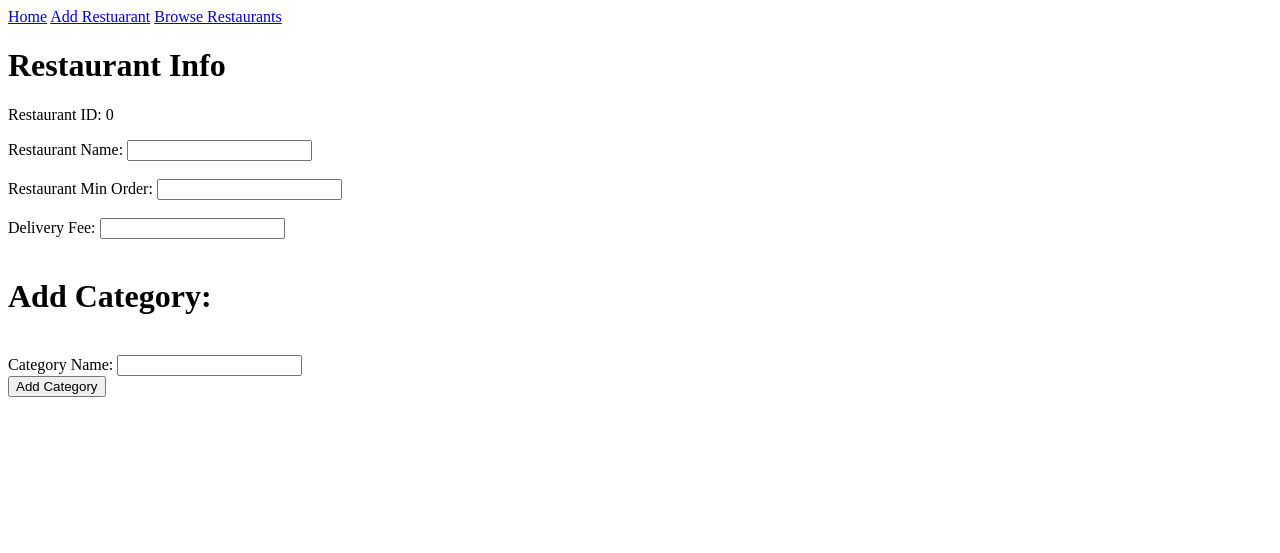
Repository: hudaali14/Carleton
Page: http://localhost/restaurants/0
The author's editor kept a copy of each file at every save. The page is drawn from the files as they stood at one save, then again after the next save.
The browser window is 1280 px wide. The pictures show the whole page.
The page is served by the project's Node server (server.js).

Above is the page before, as saved 2020-03-12 17:35:42.

### 2406/Assignments/Assignment3 (100)/views/pages/restaurantpage.pug
html
    head
        title  You Want Food?
body
    include ../partials/header

    h1 Restaurant Info
    p Restaurant ID: #{restaurant.id}
    | Restaurant Name:
    input(type= "text", id="restaurantnamepage")
    br
    br
    | Restaurant Min Order:
    input(type= "text", id="restaurantname")
    br
    br
    | Delivery Fee:
    input(type= "text", id="restaurantname")
    br
    br

    h1 Add Category:
    br

    | Category Name:
    input(type= "text", id="restaurantname")
    br
    button(type="button", id="submitbutton") Add Category

### 2406/Assignments/Assignment3 (100)/views/partials/header.pug
div#header
	a(href="/") Home
	|
	a(href="/addrestaurant") Add Restuarant
	|
	a(href="/restaurants") Browse Restaurants
	|

### 2406/Assignments/Assignment3 (100)/server.js
const express = require('express');
const fs = require("fs");
let app = express();


app.set("view engine", "pug");
app.use(express.json())

// app.use(bodyParser.json());
// app.use(bodyParser.urlencoded({ extended: true }));

let restaurants = [];
let restaurantNames = {names: []};
let restaurantIDs = {restaurants: []};
let id = 0;

//Reads all files in restaurant directory
fs.readdir("./restaurants/", function(err, filenames) {
    if (err) {
        response.statusCode = 500;
        response.end("Error reading file.");
        return;
    }
    filenames.forEach(function(filename) {
        fs.readFile("./restaurants/" + filename, 'utf-8', function(err, content) {
            if (err) {
                response.statusCode = 500;
                response.end("Error reading file.");
                return;
			}
            //Saves files to restaurant array
            let res = JSON.parse(content);
			restaurants[res.id] = res;
			//Saves names in restuarantNames array
            restaurantNames.names.push({name: restaurants[res.id].name, id: restaurants[res.id].id});
            restaurantIDs.restaurants.push(restaurants[res.id].id);
            id++;
		});
    });
});

app.get("/", setPage);
app.get("/restaurants", getRestaurants);
app.get("/addrestaurant", addRestaurant);
app.get("/client.js", getClient);
app.get("/restaurants/:restID", getRestaurantId);
app.post("/restaurants", createRestaurant);


function setPage(req, res, next){
    res.format({
        "text/html": function(){
            res.status(200).render("pages/home");
        }
    });
}

function getRestaurants(req, res, next){
    res.format({
        "text/html": function(){
            res.status(200).render("pages/restaurants", {restaurantNames: restaurantNames.names});
        },
        "application/json": function(){
            res.status(200).json(restaurantIDs);
        }
    });
}

function addRestaurant(req, res, next){
    res.format({
        "text/html": function(){
            res.status(200).render("pages/addrestaurant");
        }
    });
}

function getClient(req, res, next){
    fs.readFile("client.js", function(err, data){
        if(err){
            res.statusCode = 500;
            res.end("Error reading file.");
            return;
        }
        res.status(200).send(data);
        return;
    });
}

function createRestaurant(req, res, next){
    res.format({
        "application/json": function(){
            let restaurant = {};
            restaurant.id = id;
            id++;
            restaurant.name = req.body.name;
            restaurant.delivery_fee = parseInt(req.body.delivery_fee);
            restaurant.min_order= parseInt(req.body.min_order);
            restaurant.menu = {};
            restaurants[restaurant.id] = restaurant;
            res.status(200).json(restaurant);

        }
    });
}

function getRestaurantId(req, res, next){
    let resid = req.url.split("/");
    res.format({
        "text/html": function(){
            res.status(200).render("pages/restaurantpage", {restaurant: restaurants[resid[2]]});
        },
        "application/json": function(){
            res.status(200).json(restaurants[resid[2]]);
        }
    });
}

app.listen(3000);
console.log("Server listening at http://localhost:3000");

### 2406/Assignments/Assignment3 (100)/restaurants/aragorn.json
{
  "id": 0,
  "name": "Aragorn's Orc BBQ",
  "min_order": 20,
  "delivery_fee": 5,
  "menu": {
    "Appetizers": {
      "0": {
        "name": "Orc feet",
        "description": "Seasoned and grilled over an open flame.",
        "price": 5.5
      },
      "1": {
        "name": "Pickled Orc fingers",
        "description": "Served with warm bread, 5 per order.",
        "price": 4
      },
      "2": {
        "name": "Sauron's Lava Soup",
        "description": "It's just really spicy water.",
        "price": 7.5
      },
      "3": {
        "name": "Eowyn's (In)Famous Stew",
        "description": "Bet you can't eat it all.",
        "price": 0.5
      },
      "4": {
        "name": "The 9 rings of men.",
        "description": "The finest of onion rings served with 9 different dipping sauces.",
        "price": 14.5
      }
    },
    "Combos": {
      "5": {
        "name": "Buying the Farm",
        "description": "An arm and a leg, a side of cheek meat, and a buttered biscuit.",
        "price": 15.99
      },
      "6": {
        "name": "The Black Gate Box",
        "description": "Lots of unidentified pieces. Serves 50.",
        "price": 65
      },
      "7": {
        "name": "Mount Doom Roast Special with Side of Precious Onion Rings.",
        "description": "Smeagol's favorite.",
        "price": 15.75
      },
      "8": {
        "name": "Morgoth's Scorched Burgers with Chips",
        "description": "Blackened beyond recognition.",
        "price": 13.33
      },
      "10": {
        "name": "Slab of Lurtz Meat with Greens.",
        "description": "Get it while supplies last.",
        "price": 17.5
      },
      "11": {
        "name": "Rangers Field Feast.",
        "description": "Is it chicken? Is it rabbit? Or...",
        "price": 5.99
      }
    },
    "Drinks": {
      "12": {
        "name": "Orc's Blood Mead",
        "description": "It's actually raspberries - Orc's blood would be gross.",
        "price": 5.99
      },
      "13": {
        "name": "Gondorian Grenache",
        "description": "A fine rose wine.",
        "price": 7.99
      },
      "14": {
        "name": "Mordor Mourvedre",
        "description": "A less-fine rose wine.",
        "price": 5.99
      }
    }
  }
}

### 2406/Assignments/Assignment3 (100)/restaurants/frodo.json
{
  "id": 2,
  "name": "Frodo's Flapjacks",
  "min_order": 35,
  "delivery_fee": 6,
  "menu": {
    "Breakfast": {
      "0": {
        "name": "Hobbit Hash",
        "description": "Five flapjacks, potatoes, leeks, garlic, cheese.",
        "price": 9
      },
      "1": {
        "name": "The Full Flapjack Breakfast",
        "description": "Eight flapjacks, two sausages, 3 eggs, 4 slices of bacon, beans, and a coffee.",
        "price": 14
      },
      "2": {
        "name": "Southfarthing Slammer",
        "description": "15 flapjacks and 2 pints of syrup.",
        "price": 12
      }
    },
    "Second Breakfast": {
      "3": {
        "name": "Beorning Breakfast",
        "description": "6 flapjacks smothers in honey.",
        "price": 7.5
      },
      "4": {
        "name": "Shire Strawberry Special",
        "description": "6 flapjacks and a hearty serving of strawberry jam.",
        "price": 8
      },
      "5": {
        "name": "Buckland Blackberry Breakfast",
        "description": "6 flapjacks covered in fresh blackberries. Served with a large side of sausage.",
        "price": 14.99
      }
    },
    "Elevenses": {
      "6": {
        "name": "Lembas",
        "description": "Three pieces of traditional Elvish Waybread",
        "price": 7.7
      },
      "7": {
        "name": "Muffins of the Marish",
        "description": "A variety of 8 different types of muffins, served with tea.",
        "price": 9
      },
      "8": {
        "name": "Hasty Hobbit Hash",
        "description": "Potatoes with onions and cheese. Served with coffee.",
        "price": 5
      }
    },
    "Luncheon": {
      "9": {
        "name": "Shepherd's Pie",
        "description": "A classic. Includes 3 pies.",
        "price": 15.99
      },
      "10": {
        "name": "Roast Pork",
        "description": "An entire pig slow-roasted over a fire.",
        "price": 27.99
      },
      "11": {
        "name": "Fish and Chips",
        "description": "Fish - fried. Chips - nice and crispy.",
        "price": 5.99
      }
    },
    "Afternoon Tea": {
      "12": {
        "name": "Tea",
        "description": "Served with sugar and cream.",
        "price": 3
      },
      "13": {
        "name": "Coffee",
        "description": "Served with sugar and cream.",
        "price": 3.5
      },
      "14": {
        "name": "Cookies and Cream",
        "description": "A dozen cookies served with a vat of cream.",
        "price": 15.99
      },
      "15": {
        "name": "Mixed Berry Pie",
        "description": "Fresh baked daily.",
        "price": 7
      }
    },
    "Dinner": {
      "16": {
        "name": "Po-ta-to Platter",
        "description": "Boiled. Mashed. Stuck in a stew.",
        "price": 6
      },
      "17": {
        "name": "Bree and Apple",
        "description": "One wheel of brie with slices of apple.",
        "price": 7.99
      },
      "18": {
        "name": "Maggot's Mushroom Mashup",
        "description": "It sounds disgusting, but its pretty good",
        "price": 6.5
      },
      "19": {
        "name": "Fresh Baked Bread",
        "description": "A whole loaf of the finest bread the Shire has to offer.",
        "price": 6
      },
      "20": {
        "name": "Pint of Ale",
        "description": "Yes, it comes in pints.",
        "price": 5
      }
    },
    "Supper": {
      "21": {
        "name": "Sausage Sandwich",
        "description": "Six whole sausages served on a loaf of bread. Covered in onions, mushrooms and gravy.",
        "price": 15.99
      },
      "22": {
        "name": "Shire Supper",
        "description": "End the day as you started it, with a dozen flapjacks, 5 eggs, 3 sausages, 7 pieces of bacon, and a pint of ale.",
        "price": 37.99
      }
    }
  }
}

### 2406/Assignments/Assignment3 (100)/restaurants/legolas.json
{
  "id": 1,
  "name": "Lembas by Legolas",
  "min_order": 15,
  "delivery_fee": 3.99,
  "menu": {
    "Lembas": {
      "0": {
        "name": "Single",
        "description": "One piece of lembas.",
        "price": 3
      },
      "1": {
        "name": "Double",
        "description": "Two pieces of lembas.",
        "price": 5.5
      },
      "2": {
        "name": "Triple",
        "description": "Three pieces, which should be more than enough.",
        "price": 8
      }
    },
    "Combos": {
      "3": {
        "name": "Second Breakfast",
        "description": "Two pieces of lembas with honey.",
        "price": 7.5
      },
      "4": {
        "name": "There and Back Again",
        "description": "All you need for a long journey - 6 pieces of lembas, salted pork, and a flagon of wine.",
        "price": 25.99
      },
      "5": {
        "name": "Best Friends Forever",
        "description": "Lembas and a heavy stout.",
        "price": 6.6
      }
    }
  }
}

After the next save:
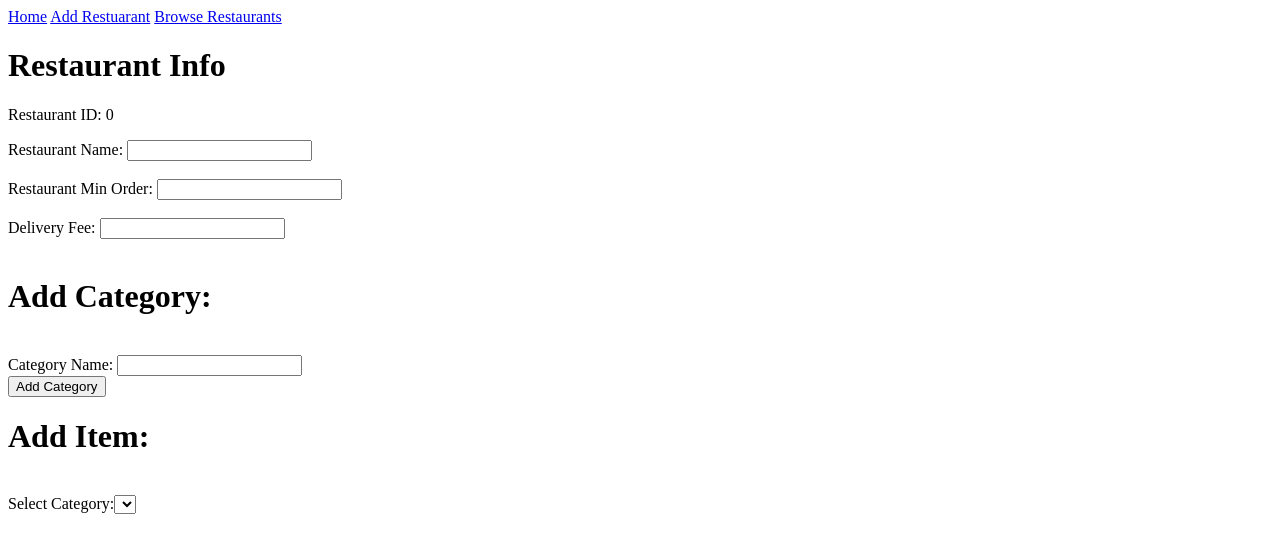
Saved 3 min 6 s later.
--- a/2406/Assignments/Assignment3 (100)/views/pages/restaurantpage.pug
+++ b/2406/Assignments/Assignment3 (100)/views/pages/restaurantpage.pug
@@ -21,8 +21,12 @@ body
 
     h1 Add Category:
     br
-
     | Category Name:
     input(type= "text", id="restaurantname")
     br
     button(type="button", id="submitbutton") Add Category
+
+    h1 Add Item:
+    br
+    |Select Category:
+    select#dropdown
